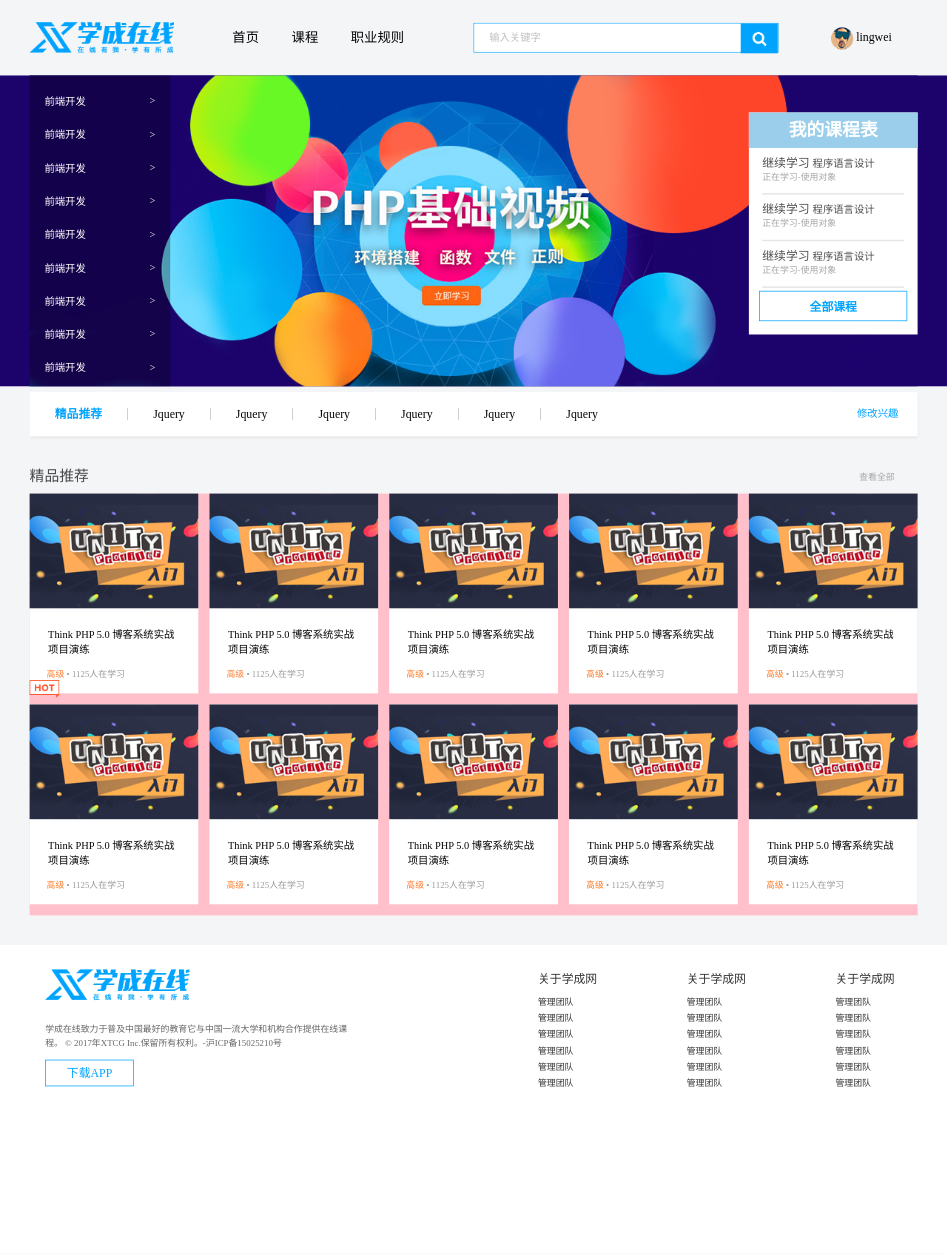
Repository: DengBiHua/xcdx
Page: index.html
An editor plug-in stored every save of this project. The page is shown before and after the next save, followed by the edit.
The browser window is 1280 px wide. The pictures show the whole page, at 74% of full size.

Above is the page before, as saved 2022-04-15 15:32:22.

### index.html
<!DOCTYPE html>
<html lang="en">
<head>
    <meta charset="UTF-8">
    <meta http-equiv="X-UA-Compatible" content="IE=edge">
    <meta name="viewport" content="width=device-width, initial-scale=1.0">
    <title>学成在线</title>
    <link rel="stylesheet" href="css/index.css">
</head>
<body>
    <!-- 头部 -->
    <div class="header wrapper">
        <h1>
            <a href="#">
                <img src="images/logo.png" alt="">
            </a>
        </h1>
        <!-- 导航 -->
        <div class="nav">
            <ul>
                <li><a href="#">首页</a></li>
                <li><a href="#">课程</a></li>
                <li><a href="#">职业规则</a></li>
            </ul>
        </div>
        <!-- 搜索 -->
        <div class="search">
            <input type="text" placeholder="输入关键字">
            <button></button>
        </div>
        <!-- 用户 -->
        <div class="user">
            <img src="./images/user.png" alt="">
            <span>lingwei</span>
        </div>
    </div>
    <div class="banner">
        <div class="wrapper">
            <div class="left">
                <ul>
                    <li><a href="#">前端开发<span>></span></a></li>
                    <li><a href="#">前端开发<span>></span></a></li>
                    <li><a href="#">前端开发<span>></span></a></li>
                    <li><a href="#">前端开发<span>></span></a></li>
                    <li><a href="#">前端开发<span>></span></a></li>
                    <li><a href="#">前端开发<span>></span></a></li>
                    <li><a href="#">前端开发<span>></span></a></li>
                    <li><a href="#">前端开发<span>></span></a></li>
                    <li><a href="#">前端开发<span>></span></a></li>
                </ul>
            </div>
            <div class="right">
                <h2>我的课程表</h2>
                <div class="content">
                    <dl>
                        <dt>
                            <span class="titleLeft">继续学习</span>
                            <span class="titleRight">程序语言设计</span>
                        </dt>
                        <dd>正在学习-使用对象</dd>
                    </dl>
                    <dl>
                        <dt>
                            <span class="titleLeft">继续学习</span>
                            <span class="titleRight">程序语言设计</span>
                        </dt>
                        <dd>正在学习-使用对象</dd>
                    </dl>
                    <dl>
                        <dt>
                            <span class="titleLeft">继续学习</span>
                            <span class="titleRight">程序语言设计</span>
                        </dt>
                        <dd>正在学习-使用对象</dd>
                    </dl>
                </div>
                <a href="#" class="all">全部课程</a>
            </div>
        </div>
    </div>
    <!-- 精品推荐 -->
    <div class="recommend wrapper">
        <h2>精品推荐</h2>
        <ul>
            <li><a href="#">Jquery</a></li>
            <li><a href="#">Jquery</a></li>
            <li><a href="#">Jquery</a></li>
            <li><a href="#">Jquery</a></li>
            <li><a href="#">Jquery</a></li>
            <li><a href="#">Jquery</a></li>
        </ul>
        <a href="#" class="interest">修改兴趣</a>
    </div>
    <div class="recommendDetail wrapper">
        <div class="title">
            <h2>精品推荐</h2>
            <a href="#">查看全部</a>
        </div>
        <div class="content clearfix">
            <ul>
                <li>
                    <a href="#">
                        <img src="./images/course07.png" alt="">
                        <h3>Think PHP 5.0 博客系统实战项目演练</h3>
                        <p><span>高级</span>  •  1125人在学习</p>
                        <img src="./images/hot.png" alt="" class="hot">
                    </a>
                </li>
                <li>
                    <a href="#">
                        <img src="./images/course07.png" alt="">
                        <h3>Think PHP 5.0 博客系统实战项目演练</h3>
                        <p><span>高级</span>  •  1125人在学习</p>
                    </a>
                </li>
                <li>
                    <a href="#">
                        <img src="./images/course07.png" alt="">
                        <h3>Think PHP 5.0 博客系统实战项目演练</h3>
                        <p><span>高级</span>  •  1125人在学习</p>
                    </a>
                </li>
                <li>
                    <a href="#">
                        <img src="./images/course07.png" alt="">
                        <h3>Think PHP 5.0 博客系统实战项目演练</h3>
                        <p><span>高级</span>  •  1125人在学习</p>
                    </a>
                </li>
                <li>
                    <a href="#">
                        <img src="./images/course07.png" alt="">
                        <h3>Think PHP 5.0 博客系统实战项目演练</h3>
                        <p><span>高级</span>  •  1125人在学习</p>
                    </a>
                </li>
                <li>
                    <a href="#">
                        <img src="./images/course07.png" alt="">
                        <h3>Think PHP 5.0 博客系统实战项目演练</h3>
                        <p><span>高级</span>  •  1125人在学习</p>
                    </a>
                </li>
                <li>
                    <a href="#">
                        <img src="./images/course07.png" alt="">
                        <h3>Think PHP 5.0 博客系统实战项目演练</h3>
                        <p><span>高级</span>  •  1125人在学习</p>
                    </a>
                </li>
                <li>
                    <a href="#">
                        <img src="./images/course07.png" alt="">
                        <h3>Think PHP 5.0 博客系统实战项目演练</h3>
                        <p><span>高级</span>  •  1125人在学习</p>
                    </a>
                </li>
                <li>
                    <a href="#">
                        <img src="./images/course07.png" alt="">
                        <h3>Think PHP 5.0 博客系统实战项目演练</h3>
                        <p><span>高级</span>  •  1125人在学习</p>
                    </a>
                </li>
                <li>
                    <a href="#">
                        <img src="./images/course07.png" alt="">
                        <h3>Think PHP 5.0 博客系统实战项目演练</h3>
                        <p><span>高级</span>  •  1125人在学习</p>
                    </a>
                </li>
            </ul>
        </div>
    </div>
    <div class="footer">
        <div class="wrapper">
            <div class="left">
                <img src="./images/logo.png" alt="">
                <p>学成在线致力于普及中国最好的教育它与中国一流大学和机构合作提供在线课程。
                    © 2017年XTCG Inc.保留所有权利。-沪ICP备15025210号</p>
                <a href="#">下载APP</a>
            </div>
            <div class="right">
                <dl>
                    <dt>关于学成网</dt>
                    <dd>管理团队</dd>
                    <dd>管理团队</dd>
                    <dd>管理团队</dd>
                    <dd>管理团队</dd>
                    <dd>管理团队</dd>
                    <dd>管理团队</dd>
                </dl>
                <dl>
                    <dt>关于学成网</dt>
                    <dd>管理团队</dd>
                    <dd>管理团队</dd>
                    <dd>管理团队</dd>
                    <dd>管理团队</dd>
                    <dd>管理团队</dd>
                    <dd>管理团队</dd>
                </dl>
                <dl>
                    <dt>关于学成网</dt>
                    <dd>管理团队</dd>
                    <dd>管理团队</dd>
                    <dd>管理团队</dd>
                    <dd>管理团队</dd>
                    <dd>管理团队</dd>
                    <dd>管理团队</dd>
                </dl>
            </div>
        </div>
    </div>
</body>
</html>

### css/index.css
/* css代码顺序
1、浮动/display
2、盒子模型
3、文字样式
 */

/* 通用模版 */
* {
    margin: 0;
    padding: 0;
    /* 内减模式 */
    box-sizing: border-box;
}
li {
    /* 清除列表前方小圆点 */
    list-style-type: none;
}
a {
    /* 去除超链接文字的下划线 */
    text-decoration: none;
}
.clearfix::before,.clearfix::after {
    content: "";
    display: table;
}
.clearfix::after {
    clear: both;
}

/* 版心 */
.wrapper {
    width: 1200px;
    margin: 0 auto;
}

body {
    background-color: #f3f5f7;
}

/* 头部 */
.header {
    height: 42px;
    margin: 30px auto;
}

h1 {
    float: left;
}

/* 导航 */
.nav {
    float: left;

    height: 42px;
    margin-left: 70px;
}

.nav li {
    float: left;

    margin-right: 26px;
}

.nav li a {
    display: block;

    padding: 0 9px;
    height: 42px;
    line-height: 42px;

    font-size: 18px;
    color: #050505;
}

.nav li a:hover {
    border-bottom: 2px solid #00a4ff;
}

.search {
    float: left;
    margin-left: 59px;
    margin-top: 1px;
    width: 412px;
    height: 40px;
    border: 1px solid #00a4ff;
}

.search input {
    float: left;
    padding-left: 20px;
    width: 360px;
    height: 38px;
    border: 0;
}

.search input::placeholder {
    font-size: 14px;
    color: #bfbfbf;
}

.search button {
    float: left;
    width: 50px;
    height: 40px;
    background-image: url(../images/btn.png);
    border: 0;
}

.user {
    float: right;
    margin-right: 35px;
    height: 42px;
    line-height: 42px;
}

.user img {
    /* 调节图片垂直方向对齐方式 */
    vertical-align: middle;
}

.banner {
    height: 420px;
    background-color: #1c036c;
}

.banner .wrapper {
    height: 420px;
    background-image: url(../images/banner2.png);
}

.banner .left {
    float: left;
    padding: 0 20px;
    width: 190px;
    height: 420px;
    background-color: rgba(0, 0, 0, 0.3);
    line-height: 44px;
}

.banner ul {
    margin-top: 13px;
}

.banner a {
    font-size: 14px;
    color: #ffffff;
}

.banner a:hover {
    color: #00b4ff;
}

.banner .left span {
    float: right;
}

.banner .right {
    float: right;
    margin-top: 50px;
    width: 228px;
    height: 300px;
    background-color: #ffffff;
}

.banner .right h2 {
    height: 48px;
    background-color: #9bceea;
    font: 18px;
    color: #ffffff;
    text-align: center;
    line-height: 48px;
}

.banner .content {
    padding: 0 18px;
}

.banner .right dl {
    padding: 12px 0;
    border-bottom: 2px solid #e5e5e5;
}

.banner .right .content dt {
    color: #4e4e4e;
    line-height: 16px;
}

.banner .right .titleLeft {
    font-size: 16px;
}

.banner .right .titleRight {
    font-size: 14px;
}

.banner .right .content dd {
    color: #a5a5a5;
    font-size: 12px;
    line-height: 20px;
}

.banner .right .all {
    display: block;
    margin: 4px auto 0;
    width: 200px;
    height: 41px;
    border: 1px solid #00a4ff;
    font-weight: 700;
    font-size: 16px;
    color: #00a4ff;
    text-align: center;
    line-height: 41px;
}

.recommend {
    margin-top: 8px;
    height: 60px;
    background-color: #ffffff;
    box-shadow: 0px 2px 3px 0px rgba(118, 118, 118, 0.2);
    line-height: 60px;
}

.recommend h2 {
    float: left;
    width: 132px;
    text-align: center;
    font-size: 16px;
    font-weight: bold;
    color: #00a4ff;
}

.recommend ul {
    float: left;
}

.recommend ul li {
    float: left;
}

.recommend ul li a {
    padding: 0 34px;
    border-left: 1px solid #bfbfbf;
    font-size: 16px;
    color: #050505;
}

.recommend .interest {
    float: right;
    padding: 0 26px;
    font-size: 14px;
    color: #00a4ff;
}

.recommendDetail {
    margin-top: 37px;
}

.recommendDetail .title {
    height: 40px;
}

.recommendDetail .title h2 {
    float: left;
    font-size: 20px;
    color: #494949;
    font-weight: 400;
}

.recommendDetail .title a {
    float: right;
    padding: 8px 31px 0;
    font-size: 12px;
    color: #a5a5a5;
}

.recommendDetail .content {
    background-color: pink;
}

.recommendDetail .content li {
    float: left;
    margin-right: 15px;
    margin-bottom: 15px;
}

.recommendDetail .content li:nth-child(5n) {
    margin-right: 0px;
}

.recommendDetail .content a {
    position: relative;
    display: block;
    width: 228px;
    height: 270px;
    background-color: #ffffff;
}

.recommendDetail .content h3 {
    margin: 20px 25px 0;
    font-size: 14px;
    font-weight: 400;
    color: #050505;
}

.recommendDetail .content p {
    margin-left: 23px;
    margin-top: 15px;
    font-size: 12px;
    color: #999999;
}

.recommendDetail .content p span {
    color: #ff7c2d;
}

.recommendDetail .content .hot {
    position: absolute;
}

.footer {
    margin-top: 40px;
    padding-top: 33px;
    height: 417px;
    background-color: #ffffff;
}

.footer .left {
    float: left;
    margin-left: 21px;
    width: 426px;
}

.footer .left p {
    margin-top: 25px;
    font-size: 12px;
    color: #666666;
}

.footer .left a {
    display: block;
    margin-top: 15px;
    width: 120px;
    height: 36px;
    border: 1px solid #00a4ff;
    font-size: 16px;
    color: #00a4ff;
    text-align: center;
    line-height: 36px;
}

.footer .right {
    float: right;
    margin-right: 31px;
}

.footer .right dl {
    float: left;
    margin-left: 121px;
}

.footer .right dt {
    margin-bottom: 8px;
    font-size: 16px;
    color: #333333;
}

.footer .right dd {
    padding: 2px 0;
    font-size: 12px;
    color: #333333;
}

After the next save:
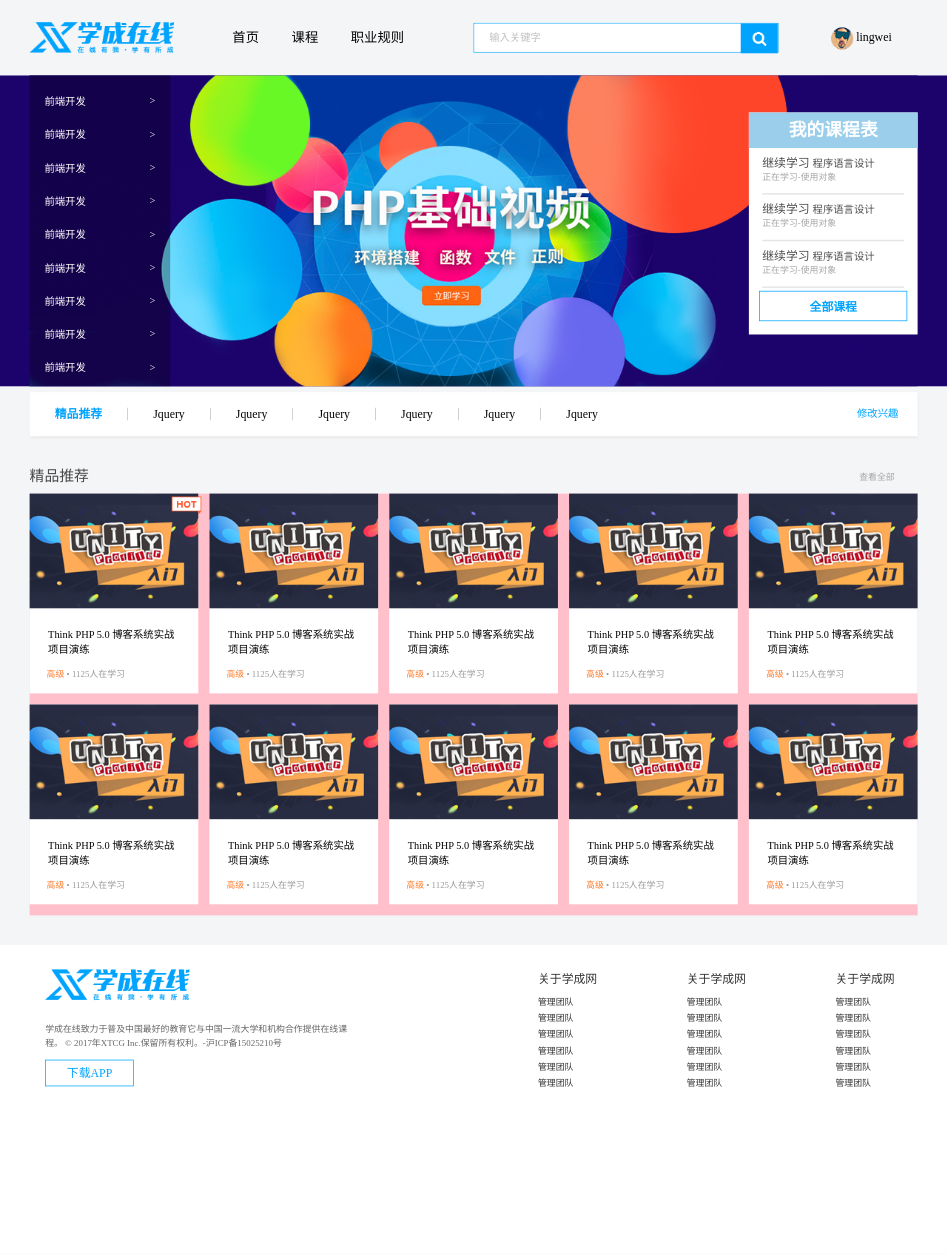
Saved 68 s later.
--- a/css/index.css
+++ b/css/index.css
@@ -315,6 +315,8 @@
 
 .recommendDetail .content .hot {
     position: absolute;
+    top: 4px;
+    right: -4px;
 }
 
 .footer {
